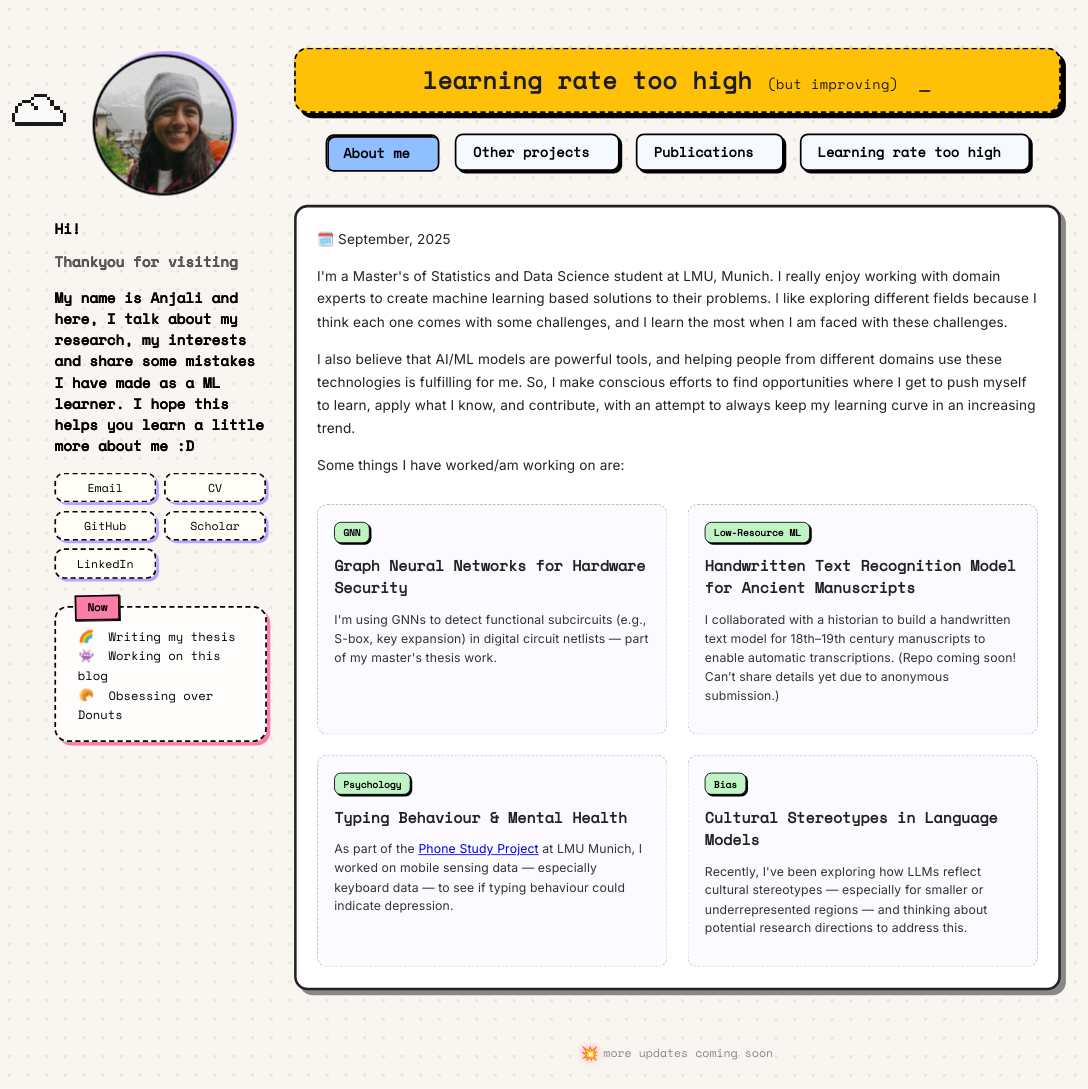
Repository: anjalisarawgi/learning_rate_too_high
Page: index.html
The author's editor kept a copy of each file at every save. The page is drawn from the files as they stood at one save, then again after the next save.
The browser window is 1280 px wide. The pictures show the whole page, at 85% of full size.

Above is the page before, as saved 2025-11-04 15:45:05.

### index.html
<!DOCTYPE html>
<html lang="en">
<head>
  <meta charset="UTF-8" />
  <meta name="viewport" content="width=device-width, initial-scale=1.0" />
  <meta name="title" content="Learning Rate Too High – Machine Learning Mistakes by Anjali Sarawgi">
  <meta name="description" content="A lighthearted blog documenting my ML experiments, mistakes, and lessons learned.">
  <meta name="author" content="Anjali Sarawgi">
  <meta name="robots" content="index, follow">
  <link rel="canonical" href="https://anjalisarawgi.github.io/learning_rate_too_high/">
  <title>learning rate too high</title>
  <!-- <link href="https://fonts.googleapis.com/css2?family=Space+Mono&family=Press+Start+2P&display=swap" rel="stylesheet"> -->
  <link href="https://fonts.googleapis.com/css2?family=Space+Mono&family=Press+Start+2P&family=Inter&display=swap" rel="stylesheet">
  <style>
    body {
      font-family: 'Space Mono', monospace;
      background-color: #F9F6F2;
      margin: 0;
      padding: 2rem;
      /* background-image: radial-gradient(#ebe9e9 2px, transparent 1px); */
      /* background-image: radial-gradient(#E0DBD2 2px, transparent 2px); */
      /* background-size: 22px 22px; */
      background-image: radial-gradient(#E8E4DE 2px, transparent 2px);
  background-size: 22px 22px;
    }

    header {
      background: #FFC107;
      color: #1C1C1C;
      padding: 1rem 2rem;
      font-size: 1.75rem;
      font-weight: 700;
      font-family: 'Space Mono', monospace;
      border: 2px dashed #000;
      border-radius: 1rem;
      box-shadow: 6px 6px 0 #000;
      max-width: 900px;
      margin: 1.5rem auto;
      text-align: center;
      letter-spacing: 0.5px;
      transition: all 0.2s ease;

    }

    .cursor {
      display: inline-block;
      margin-left: 0.3rem;
      animation: blink 1s steps(2, start) infinite;
      font-weight: 400;
    }

    @keyframes blink {
      to {
        visibility: hidden;
      }
    }

    /* nav {
      display: flex;
      justify-content: center;
      gap: 2rem;
      margin: 1.5rem 0;
      flex-wrap: wrap;
    } */

    nav a {
  text-decoration: none;
  color: #000;
  font-weight: bold;
  border-bottom: 2px dashed #000;
  padding: 0.25rem 0.5rem;
  transition: all 0.2s ease;
}


    .card {
      background: #fff;
      border: 3px solid #222;
      border-radius: 1rem;
      box-shadow: 6px 6px 0 #888;
      padding: 1.5rem;
      margin: 2rem auto;
      max-width: 900px;
      transition: all 0.2s ease;


    }

    /* .card:hover {
      box-shadow: 8px 8px 0 #aaa;
      transform: translate(-2px, -2px);
    } */

    .card h2 {
      margin-top: 0;
      color: #222;
    }

    .card small {
      color: #555;
    }

    .tag {
      display: inline-block;
      background: #EAF8FF;
      color: #1C1C1C;
      border: 1px solid #A1D8FF;
      font-size: 0.7rem;
      font-weight: bold;
      padding: 0.2rem 0.6rem;
      margin-right: 0.5rem;
      border-radius: 0.5rem;
    }

    .footer-cta {
      text-align: center;
      margin-top: 4rem;
      font-size: 1rem;
    }


/*
.now-block:hover {
  transform: translate(-2px, -2px);
  box-shadow: 6px 6px 0 #ffccb6;
  background: #fff4f0;
} */
    footer {
      text-align: center;
      margin-top: 4rem;
      color: #888;
      font-size:
       0.85rem;
    }

    .intro-bold {
      font-weight: 700;
      font-size: 1.05rem;
      /* color: #111; */
      text-shadow: 0.1px 0.1px #111
    }
    .cute-photo {
  width: 160px;
  height: 160px;
  object-fit: cover;
  border: 3px solid #000;
  box-shadow: 4px 4px 0 #bca2ff;
  /* box-shadow: 4px 4px 0 #a2d2ff; soft blue shadow */
    /* box-shadow: 4px 4px 0 #f4a7a0; pastel red shadow */
  background-color: #fff8e1;
  background: radial-gradient(circle at 30% 30%, #fff8e1 0%, #f2e3ff 80%);
  border-radius: 50%;
  margin: 0 auto 1.5rem auto;
  display: block;

  /* Proper flower mask pattern */
  mask: radial-gradient(circle at center, black 60%, transparent 61%)
        repeat-conic-gradient(black 0deg 20deg, transparent 20deg 40deg);
  -webkit-mask: radial-gradient(circle at center, black 60%, transparent 61%)
                repeat-conic-gradient(black 0deg 20deg, transparent 20deg 40deg);
  mask-composite: intersect;
  -webkit-mask-composite: destination-in;

  transition: transform 0.3s ease;
  transform: rotate(-90deg);
}

.pumpkin-mascot {
  position: fixed;
  bottom: 20px;
  right: 20px;
  width: 60px;
  image-rendering: pixelated; /* keeps that crisp pixel look */
  z-index: 1000;
  transition: transform 0.3s ease;
}
.pumpkin-mascot:hover {
  transform: rotate(8deg) scale(1.1);
}


.profile-photo {
  position: relative;
  z-index: 2;  /* photo stays in front */
  width: 200px; /* adjust to your photo size */
  border-radius: 12px;
}

.photo-container {
  position: relative;
  width: 160px;      /* match your photo size */
  height: 160px;
  margin: 0 auto 2rem auto;
}

.cute-photo {
  position: relative;
  z-index: 2;         /* bring photo above */
  width: 160px;
  height: 160px;
  object-fit: cover;
  border: 3px solid #000;
  box-shadow: 4px 4px 0 #bca2ff;
  background-color: #fff8e1;
  background: radial-gradient(circle at 30% 30%, #fff8e1 0%, #f2e3ff 80%);
  border-radius: 50%;
  display: block;
  margin: 0 auto;
  transition: transform 0.3s ease;
  transform: rotate(-90deg);
}

.cloud-behind {
  position: absolute;
  top: 20px;
  left: -100px;
  width: 120px;
  z-index: 1;          /* this ensures it’s BEHIND the photo */
  image-rendering: pixelated;
  animation: floatCloud 18s ease-in-out infinite;
  opacity: 0.8;
  pointer-events: none; /* prevents blocking clicks on the photo */
}

@keyframes floatCloud {
  0% {
    transform: translateX(-60px);
    opacity: 0.6;
  }
  25% {
    transform: translateX(0);
    opacity: 0.9;
  }
  50% {
    transform: translateX(60px);
    opacity: 0.9;
  }
  75% {
    transform: translateX(0);
    opacity: 0.8;
  }
  100% {
    transform: translateX(-60px);
    opacity: 0.6;
  }
}


.emoji {
  display: inline-block;
  animation: emojiWiggle 1.5s infinite ease-in-out;
  transform-origin: center;
}

@keyframes emojiWiggle {
  0%, 100% {
    transform: rotate(0deg);
  }
  25% {
    transform: rotate(8deg);
  }
  50% {
    transform: rotate(-8deg);
  }
  75% {
    transform: rotate(4deg);
  }
}

.cute-photo:hover {
  box-shadow: 0 0 10px rgba(188, 162, 255, 0.4);
  transform: scale(1.05);
}
    /* .cute-photo:hover {
  transform: rotate(2deg) scale(1.05);
  transition: all 0.3s ease;
} */
    /* Make text inside .card paragraphs and lists use Inter instead of Space Mono */
/* Card body text with smaller, cleaner font */
.card p,
.card li,
.card small {
  font-family: 'Inter', sans-serif;
  font-size: 1rem;           /* ↑ from 0.85rem */
  line-height: 1.7;          /* better readability */
  color: #222;               /* darker text for contrast */
  letter-spacing: 0.01rem;   /* subtle polish */
}

/* Card headings stay Space Mono */
.card h2 {
  font-family: 'Space Mono', monospace;
  font-size: 1.3rem;         /* Optional: Slightly smaller heading too */
}
ul li {
  margin-bottom: 0.7rem; /* adjust value as needed */
  line-height: 1.6; /* optional: improves readability */
}
.project-card {
  background: #F5F9FF;
  border: 1px dashed #000;
  border-radius: 1rem;
  /* box-shadow: 2px 2px 0 #000; */
  padding: 1rem 1.25rem;
  margin: 0;
  transition: all 0.25s ease;
}

/*
.project-card:hover {
  transform: translate(-2px, -2px);
  box-shadow: 4px 4px 0 #666;
  background: #eff5ff;
} */

.project-card h4 {
  font-family: 'Space Mono', monospace;
  font-size: 1.1rem;
  margin: 0.4rem 0;
  color: #222;
}

.project-card p {
  font-family: 'Inter', sans-serif;
  font-size: 0.9rem;
  line-height: 1.55;
  color: #333;
}

.project-card .tag {
  display: inline-block;
  background: #C1F4C5;
  border: 1px solid #000;
  border-radius: 0.5rem;
  font-size: 0.7rem;
  font-weight: bold;
  padding: 0.2rem 0.6rem;
  margin-bottom: 0.4rem;
  color: #000;
  box-shadow: 2px 2px 0 #000;
}

.projects-section {
  display: grid;
  grid-template-columns: repeat(auto-fit, minmax(320px, 1fr));
  gap: 1.5rem;
  margin-top: 2rem;
}
.projects-section h3 {
  font-family: 'Space Mono', monospace;
  font-size: 1.2rem;
  margin-top: 2rem;
  color: #222;
  text-shadow: 1px 1px #fff;
}

footer .boom {
  display: inline-block;
  animation: boomPulse 2s infinite;
  filter: drop-shadow(0 0 4px rgba(255, 0, 0, 0.4));
}

@keyframes boomPulse {
  0%, 100% { transform: scale(1); }
  50% { transform: scale(1.2); }
}

.contact-links {
  display: flex;
  flex-wrap: wrap;
  gap: 0.6rem;
  margin: 1.2rem 0;
}

.contact-links a {
  display: inline-block;
  text-decoration: none;
  color: #000;
  background: #fffef7;
  border: 2px dashed #000;
  border-radius: 0.7rem;
  padding: 0.35rem 0.8rem;
  font-family: 'Space Mono', monospace;
  font-size: 0.85rem;
  box-shadow: 3px 3px 0 #bca2ff;
  transition: all 0.2s ease;
  text-align: center;
  min-width: 90px;
}

.contact-links a:hover {
  background: #C1F4C5;
  box-shadow: 4px 4px 0 #000;
  transform: translate(-2px, -2px);
}

.contact-links a span {
  margin-right: 0.4rem;
  font-size: 0.9rem;
  vertical-align: middle;
}
.now-block {
  position: relative;
  background: #fffdfc;
  border: 2px dashed #000;
  border-radius: 1rem;
  box-shadow: 4px 4px 0 #FB7DA8;
  padding: 1.4rem 1.6rem 1.2rem 1.6rem;
  margin-top: 2rem;
  font-family: 'Space Mono', monospace;
  font-size: 0.9rem;
  color: #000;
  transition: all 0.25s ease;
  max-width: 220px; /* keeps it compact */
}

/* .now-block:hover {
  transform: translate(-2px, -2px);
  box-shadow: 6px 6px 0 #000;
  background: #fff8e7;
} */

/* "Now" tab — fixed placement and better sizing */
.now-block::before {
  content: "Now";
  position: absolute;
  top: -0.9rem;
  left: 1.4rem;
  background: #FB7DA8;
  border: 2px solid #000;
  /* border-radius: 6px 6px 0 0; */
  padding: 0.2rem 0.8rem 0.25rem;
  font-size: 0.8rem;
  font-weight: bold;
  box-shadow: 1px 1px 0 #000;
  transform: rotate(-1deg);
}

/* List styling */
.now-block p {
  margin: 0;
  line-height: 1.6;
  text-align: left;
}

.now-block .emoji {
  margin-right: 0.5rem;
  display: inline-block;
  width: 1.2rem;
  text-align: center;
}
nav {
  display: flex;
  justify-content: center;
  flex-wrap: wrap;
  gap: 1.2rem;
  margin: 1.5rem 0 2.5rem 0;
}

nav a {
  background: #F6F9FF;
  border: 2px solid #000;
  border-radius: 0.6rem;
  padding: 0.5rem 1.2rem;
  color: #000;
  box-shadow: 3px 3px 0 #000;
  transition: all 0.15s ease;
}

nav a:hover {
  background: #BFD9FF; /* vintage blue hover */
  transform: translate(-2px, -2px);
  box-shadow: 5px 5px 0 #000;
}

nav a.active {
  background: #8FBFFF; /* denim blue active */
  box-shadow: 2px 2px 0 #000 inset;
  transform: translate(1px, 1px);
}

/* Optional tiny underscore animation */
nav a::after {
  content: "_";
  opacity: 0;
  margin-left: 0.25rem;
  transition: opacity 0.2s ease;
}

nav a:hover::after {
  opacity: 1;
}

/* Card base */
.project-card {
  background-color: #fafaff; /* very soft off-white-blue */
  border: 1.5px dashed #bdbdbd;
  border-radius: 12px;
  padding: 1.2rem;
  transition: transform 0.2s ease, box-shadow 0.2s ease;
}

/* Card hover effect (gentle lift) */
.project-card:hover {
  transform: translateY(-4px);
  box-shadow: 3px 3px 0px #e3e3e3;
}

/* Label/tag style */
.project-label {
  display: inline-block;
  background-color: #fcefc7; /* soft yellow */
  color: #3d3d3d;
  border-radius: 6px;
  font-size: 0.75rem;
  font-weight: 600;
  padding: 0.2rem 0.5rem;
  margin-bottom: 0.6rem;
}

/* Optional alternate label tones if you want variety */
.project-label.green { background-color: #e6f4ea; }   /* soft green */
.project-label.pink { background-color: #fde7ea; }    /* soft pink */
.project-label.blue { background-color: #e7f0fd; }    /* soft blue */
  </style>
</head>
<body>
  <div style="display: flex; max-width: 1400px; margin: 0 auto;">
    <aside style="width: 250px; padding: 2rem; font-family: 'Space Mono', monospace;">
      <!-- <img
      src="myphoto2.jpeg"
      alt="Anjali Sarawgi"
      class="cute-photo"> -->
      <div class="photo-container">
        <img src="cloud_image.png" alt="Cloud mascot" class="cloud-behind">
        <img src="myphoto2.jpeg" alt="Anjali photo" class="cute-photo">
      </div>
      <h2 class="intro-bold" style="margin-top: 0;">Hi!</h2>
      <h3 class="intro-bold" style="margin-top: 0; color: #5a5a5a;">Thankyou for visiting</h3>
      <p class="intro-bold">
        My name is <strong>Anjali</strong> and here, I talk about my research, my interests and share some mistakes I have made as a ML learner. I hope this helps you learn a little more about me :D
      </p>
      <div class="contact-links">
        <a href="mailto:anjali.sarawgi9@gmail.com">Email</a>
        <a href="cv.pdf" target="_blank">CV</a>
        <a href="https://github.com/anjalisarawgi" target="_blank">GitHub</a>
        <a href="https://scholar.google.com/citations?user=S54iOkAAAAAJ&hl=en" target="_blank">Scholar</a>
        <a href="https://www.linkedin.com/in/anjali-sarawgi/" target="_blank">LinkedIn</a>
      </div>
      <!-- <a href="mailto:anjali.sarawgi9@gmail.com" style="display: flex; align-items: center; gap: 0.4rem; text-decoration: none; color: #000;"> -->
        <!-- Email Icon -->
        <!-- <svg xmlns="http://www.w3.org/2000/svg" width="16" height="16" fill="currentColor" viewBox="0 0 24 24">
          <path d="M2 4h20v16H2V4zm2 2v.511l8 5.334 8-5.334V6H4zm0 2.489V18h16V8.489l-8 5.333-8-5.333z"/>
        </svg>
        <span>Email</span>
      </a> -->


      <!-- GitHub -->
      <!-- <a href="https://github.com/anjalisarawgi" target="_blank" style="display: flex; align-items: center; gap: 0.4rem; text-decoration: none; color: #000;">
        <svg xmlns="http://www.w3.org/2000/svg" width="16" height="16" fill="currentColor" viewBox="0 0 24 24">
          <path d="M12 0C5.37 0 0 5.37 0 12a12 12 0 008.21 11.43c.6.11.82-.26.82-.58v-2.02c-3.34.73-4.04-1.61-4.04-1.61-.55-1.38-1.35-1.75-1.35-1.75-1.1-.76.08-.74.08-.74 1.22.09 1.87 1.25 1.87 1.25 1.08 1.85 2.84 1.31 3.54 1 .11-.79.42-1.31.76-1.61-2.66-.3-5.47-1.33-5.47-5.91 0-1.31.47-2.38 1.24-3.22-.12-.3-.54-1.52.12-3.17 0 0 1-.32 3.29 1.23A11.45 11.45 0 0112 6.84c1.02.01 2.04.14 3 .42 2.29-1.55 3.29-1.23 3.29-1.23.66 1.65.24 2.87.12 3.17.77.84 1.24 1.91 1.24 3.22 0 4.6-2.82 5.61-5.5 5.91.43.37.81 1.09.81 2.21v3.27c0 .32.22.69.83.57A12 12 0 0024 12c0-6.63-5.37-12-12-12z"/>
        </svg>
        <span>GitHub</span>
      </a> -->



      <div class="now-block">
        <!-- <h3>Now</h3> -->
        <!-- <p>🌈 Writing my thesis<br>👾 Working on this blog <br>🥐 Obsessing over Donuts</p> -->
        <p>
          <span class="emoji">🌈</span> Writing my thesis<br>
          <span class="emoji">👾</span> Working on this blog<br>
          <span class="emoji">🥐</span> Obsessing over Donuts
        </p>
      </div>
    </aside>

    <main style="flex: 1;">
      <header>learning rate too high  <span style="font-size: 1rem; font-weight: 400;">(but improving)</span>
      <span class="cursor">_</span></header>
      <nav>
        <a href="#" data-tab="about" class="active" >About me</a>
        <a href="#" data-tab="other-projects">Other projects</a>
        <a href="#" data-tab="publications">Publications</a>
        <a href="#" data-tab="learning-rate-too-high">Learning rate too high</a>
        <!-- <a href="#" data-tab="loss-infinity">mistakes!</a> -->
        <!-- <a href="#" data-tab="raw-text">uncertainity?</a> -->
        <!-- <a href="#" data-tab="wrong-script">wrong script AGAIN!</a> -->
        <!-- <a href="#" data-tab="wrong-script">package version/s</a> -->
        <!-- <a href="#" data-tab="wrong-script">parameters are IMP</a> -->
        <!-- <a href="#" data-tab="wrong-script">some research directions i think of</a> -->
        <!-- <a href="#" data-tab="wrong-script">the data problem</a> -->

        <!-- <a href="#" data-tab="shuffled-labels">shuffled labels</a> -->
      </nav>

      <div class="card" data-tab-content="wrong-script" style="display: none;">
        <div class="tag">bug</div><div class="tag">torch</div>
        <h2>correct code ... wrong script in training</h2>
        <small>🗓️ May, 2025</small>
        <p>I trained a model. I tweaked layers. I changed the loss function. I cursed PyTorch.<br>Nothing changed.<br><br>Turns out, I was editing <code>train.py</code> in folder A and running <code>train.py</code> in folder B. The curse was me.</p>
      </div>

      <div class="card" data-tab-content="loss-infinity" style="display: none;">
        <div class="tag">loss</div><div class="tag">div/0</div>
        <h2>loss infinity</h2>
        <small>🗓️ Jul 10, 2025</small>
        <p>My model diverged so hard it reached theological questions.<br>Turns out I forgot to normalize the input. Again. And again. And again...</p>
      </div>

      <div class="card" data-tab-content="raw-text" style="display: none;">
        <div class="tag">gnn</div><div class="tag">raw text</div>
        <h2>raw text to GNN</h2>
        <small>🗓️ Jun 5, 2025</small>
        <p>I tried putting raw text directly into a GNN.<br>It screamed. I listened.<br>Don't do it.</p>
      </div>

      <div class="card" data-tab-content="shuffled-labels" style="display: none;">
        <div class="tag">labels</div><div class="tag">oops</div>
        <h2>shuffled labels</h2>
        <small>🗓️ May 18, 2025</small>
        <p>I shuffled my data and accidentally shuffled the labels *separately*.<br>The model got creative, but not in a good way.</p>
      </div>

      <div class="card" data-tab-content="about" style="display: block;">
        <!-- <div class="tag">me</div> -->
        <!-- <h2>About me</h2> -->
        <small>🗓️ September, 2025</small>
        <!-- <h2>Hi, I'm Anjali ✨</h2> -->
        <p>I'm a Master's  of Statistics and Data Science student at LMU, Munich. I really enjoy working with domain experts to create machine learning based solutions to their problems. I like exploring different fields because I think each one comes with some challenges, and I learn the most when I am faced with these challenges.        </p>
        <p>I also believe that AI/ML models are powerful tools, and helping people from different domains use these technologies is fulfilling for me. So, I make conscious efforts to find opportunities where I get to push myself to learn, apply what I know, and contribute, with an attempt to always keep my learning curve in an increasing trend.</p>
        <p>Some things I have worked/am working on are:</p>
        <div class="projects-section">
          <div class="project-card">
            <div class="tag">GNN</div>
            <h4>Graph Neural Networks for Hardware Security</h4>
            <p>
              I'm using GNNs to detect functional subcircuits (e.g., S-box, key expansion)
              in digital circuit netlists — part of my master's thesis work.
            </p>
          </div>

          <div class="project-card">
            <div class="tag">Low-Resource ML</div>
            <h4>Handwritten Text Recognition Model for Ancient Manuscripts</h4>
            <p>
              I collaborated with a historian to build a handwritten text model for
              18th–19th century manuscripts to enable automatic transcriptions.
              (Repo coming soon! Can’t share details yet due to anonymous submission.)
            </p>
          </div>

          <div class="project-card">
            <div class="tag">Psychology</div>
            <h4>Typing Behaviour & Mental Health</h4>
            <p>
              As part of the <a href="https://phonestudy.org/en/" target="_blank">Phone Study Project</a> at LMU Munich,
              I worked on mobile sensing data — especially keyboard data —
              to see if typing behaviour could indicate depression.
            </p>
          </div>

          <div class="project-card">
            <div class="tag">Bias</div>
            <h4>Cultural Stereotypes in Language Models</h4>
            <p>
              Recently, I've been exploring how LLMs reflect cultural stereotypes —
              especially for smaller or underrepresented regions —
              and thinking about potential research directions to address this.
            </p>
          </div>
        </div>

        <!-- <ul>
          <li><strong>Graph Neural Networks</strong> -> I am using GNNs to detect functional subcircuits (e.g., Sbox, key expansion) in digital circuit netlists. This is a part of my master's thesis.
          <li><strong>Low-Resource ML</strong> -> I collaborated with a historian to build a handwritten text model for 18th and 19th century manuscripts to enable automatic transcriptions (repo to be released soon!) [<i>cannot say alot about this since we have a anonymous conference submission</i>]
          <li><strong>Psycological Research</strong> -> At LMU, Munich, I worked for the Phone study project (https://phonestudy.org/en/), where they capture and study mobile sensing data for finding methods to understand the users mental health. Here, very interestingly I worked on the keyboard data, where I prepared the data, and created features to see if users typing behaviour can indicate depression.
          <li><strong>Cultural bias</strong> -> Very recently, I have been very intrigued with the cultural stereotypes most large language models capture, especially the smaller and less represented regions, and I have been trying to infer these behaviours to see for another possible research direction i could work on this winter of 2025.  -->
             <!-- Particularly, I am curious to evaluate how these models handle smaller or less represented regions, for example Nepal. I think it would be very interesting to see if we can identify and solve for the biases in the dataset it was trained on itself. -->
        <!-- </ul> -->
      </div>
      <footer>
        <span class="boom">💥</span> more updates coming soon
      </footer>
      <!-- <img src="Cloud.png" alt="Cloud mascot" class="cloud-mascot"> -->
    </main>
  </div>

  <!-- JS for tab switching -->
  <script>
    const tabs = document.querySelectorAll('nav a');
    const cards = document.querySelectorAll('[data-tab-content]');

    tabs.forEach(tab => {
      tab.addEventListener('click', (e) => {
        e.preventDefault();
        const target = tab.getAttribute('data-tab');

        // Hide all cards
        cards.forEach(card => {
          card.style.display = 'none';
        });

        // Remove 'active' class from all tabs
        tabs.forEach(t => t.classList.remove('active'));

        // Add 'active' to clicked tab
        tab.classList.add('active');

        // Show the matching card
        const activeCard = document.querySelector(`[data-tab-content="${target}"]`);
        if (activeCard) activeCard.style.display = 'block';
      });
    });
  </script>
</body>
</html>

After the next save:
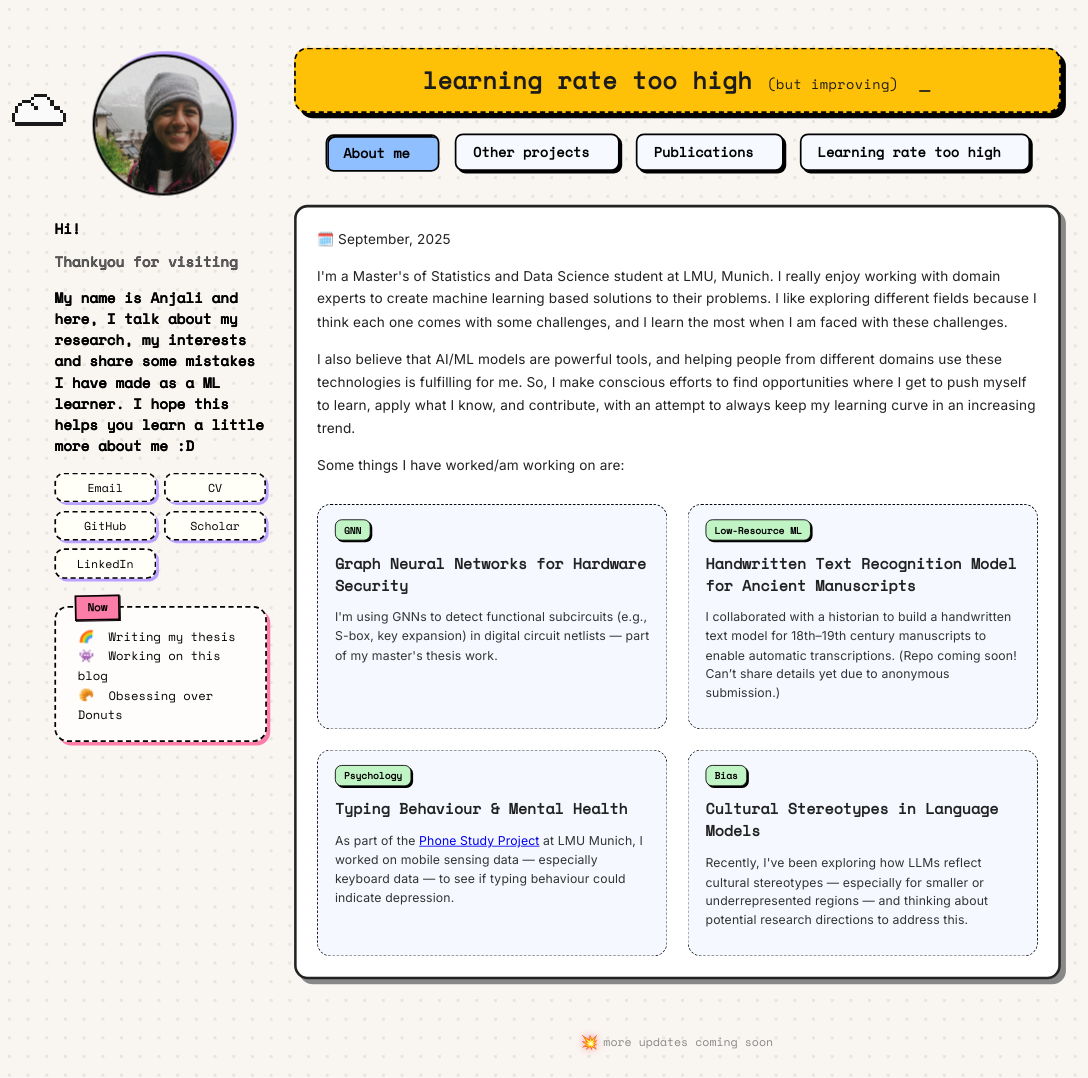
Saved 5 s later.
--- a/index.html
+++ b/index.html
@@ -491,37 +491,7 @@ nav a:hover::after {
   opacity: 1;
 }
 
-/* Card base */
-.project-card {
-  background-color: #fafaff; /* very soft off-white-blue */
-  border: 1.5px dashed #bdbdbd;
-  border-radius: 12px;
-  padding: 1.2rem;
-  transition: transform 0.2s ease, box-shadow 0.2s ease;
-}
-
-/* Card hover effect (gentle lift) */
-.project-card:hover {
-  transform: translateY(-4px);
-  box-shadow: 3px 3px 0px #e3e3e3;
-}
-
-/* Label/tag style */
-.project-label {
-  display: inline-block;
-  background-color: #fcefc7; /* soft yellow */
-  color: #3d3d3d;
-  border-radius: 6px;
-  font-size: 0.75rem;
-  font-weight: 600;
-  padding: 0.2rem 0.5rem;
-  margin-bottom: 0.6rem;
-}
-
-/* Optional alternate label tones if you want variety */
-.project-label.green { background-color: #e6f4ea; }   /* soft green */
-.project-label.pink { background-color: #fde7ea; }    /* soft pink */
-.project-label.blue { background-color: #e7f0fd; }    /* soft blue */
+
   </style>
 </head>
 <body>
